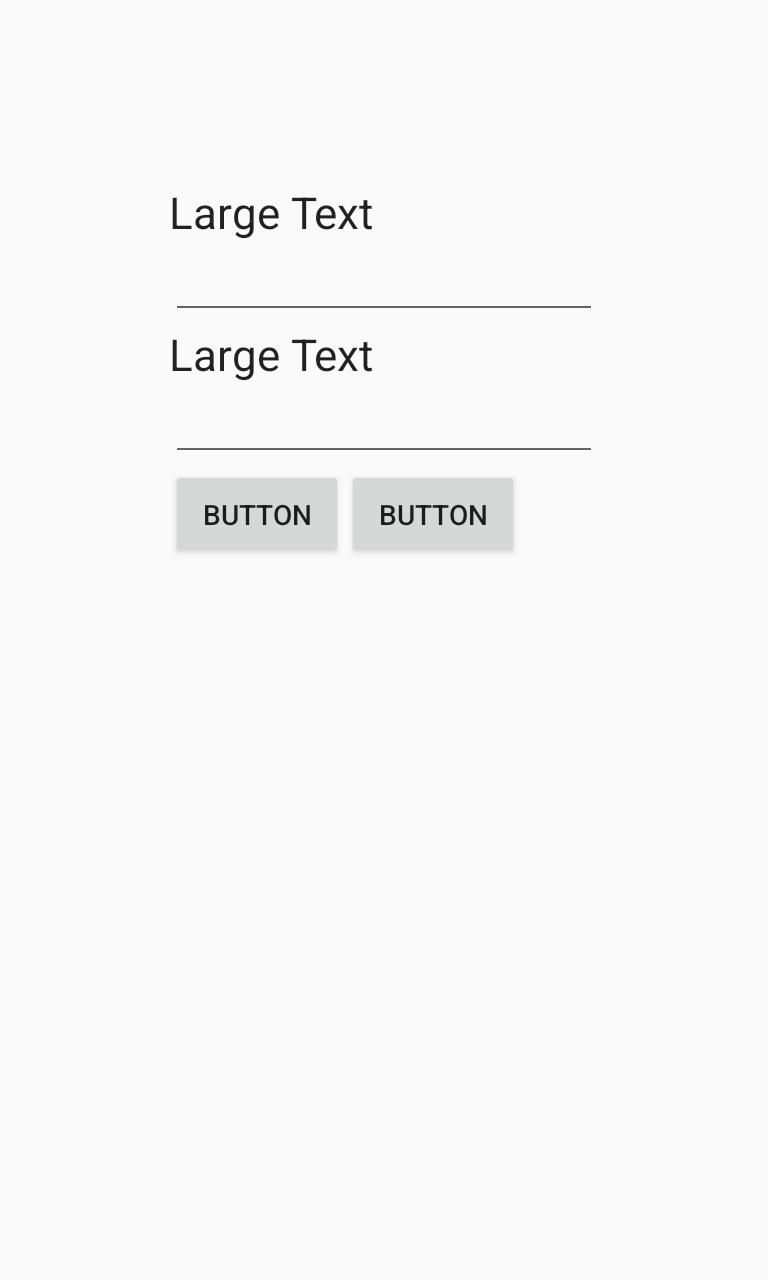
Repository: luizhenrique-dev/repositorio-mobile
Layout: ProjetoFinalMobile/UFGMemo/res/layout/activity_login.xml
These files come from the project's save history. The layout is drawn as it stood at one moment and after the next save; the edit follows.
It is drawn on a 768 x 1280 px phone screen (xhdpi) without system bars, with theme AppTheme; the app's code is not run.

Above is the layout before, as saved 2014-05-18 02:05:56.

After the next save:
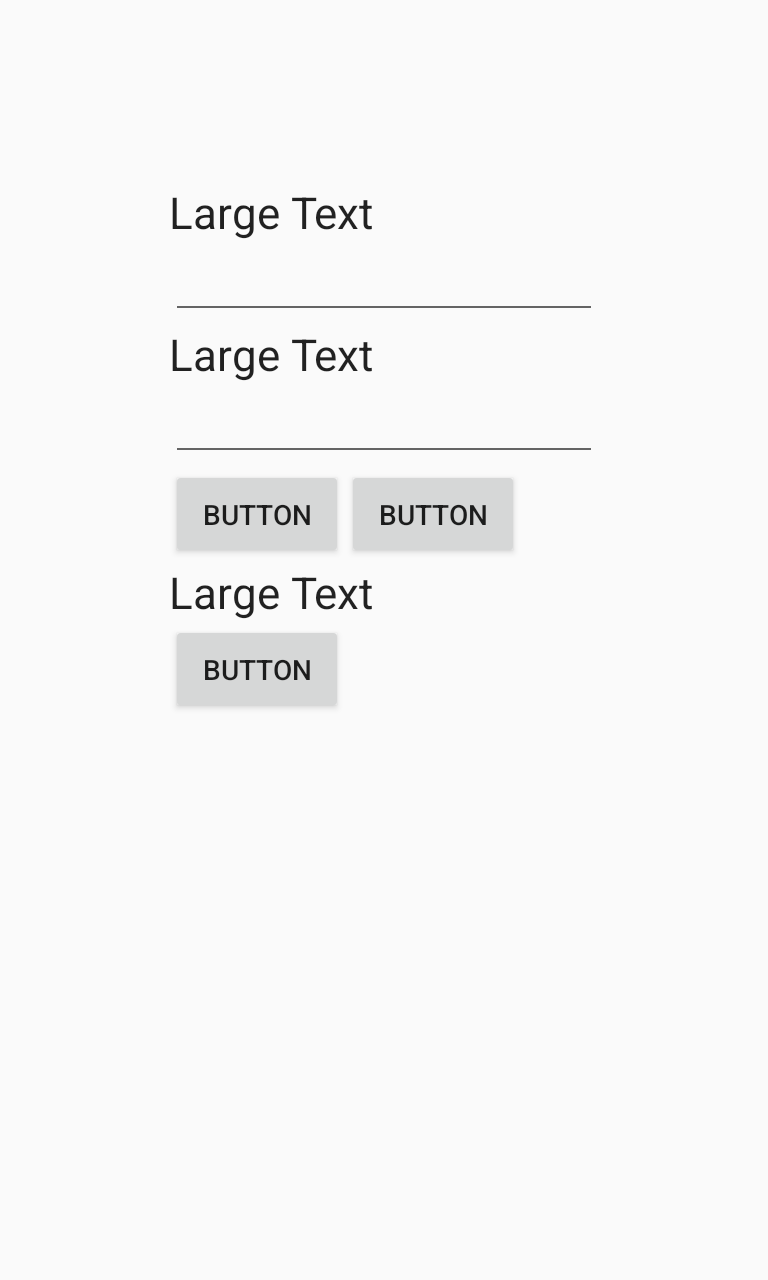
Saved 35 s later.
--- a/ProjetoFinalMobile/UFGMemo/res/layout/activity_login.xml
+++ b/ProjetoFinalMobile/UFGMemo/res/layout/activity_login.xml
@@ -56,6 +56,20 @@
                 android:layout_height="wrap_content"
                 android:text="Button" />
         </LinearLayout>
+
+        <TextView
+            android:id="@+id/textView3"
+            android:layout_width="wrap_content"
+            android:layout_height="wrap_content"
+            android:text="Large Text"
+            android:textAppearance="?android:attr/textAppearanceLarge" />
+
+            <Button
+                android:id="@+id/button3"
+                android:layout_width="wrap_content"
+                android:layout_height="wrap_content"
+                android:text="Button" />
+
     </LinearLayout>
 
 
